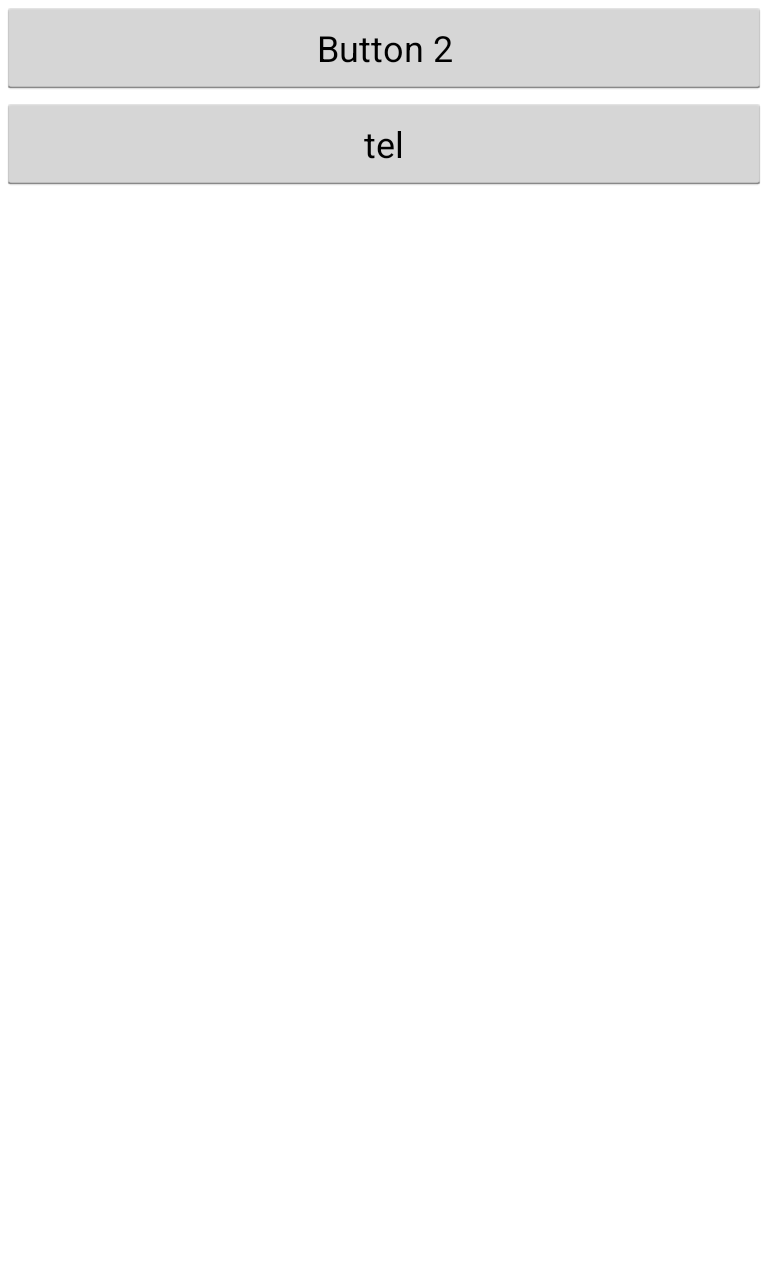
Repository: hohoTT/Android_summarize
Layout: ActivityTest/res/layout/second_layout.xml
An editor plug-in stored every save of this project. The layout is shown before and after the next save, followed by the edit.
It is drawn on a 768 x 1280 px phone screen (xhdpi) without system bars, with theme AppTheme; the app's code is not run.

Above is the layout before, as saved 2016-02-22 05:31:22.

### ActivityTest/res/layout/second_layout.xml
<?xml version="1.0" encoding="utf-8"?>
<LinearLayout xmlns:android="http://schemas.android.com/apk/res/android"
    android:layout_width="match_parent"
    android:layout_height="match_parent"
    android:orientation="vertical" >

    <Button
        android:id="@+id/button_2"
        android:layout_width="match_parent"
        android:layout_height="wrap_content"
        android:text="Button 2" />

    <Button
        android:id="@+id/button_tel"
        android:layout_width="match_parent"
        android:layout_height="wrap_content"
        android:text="tel" />

</LinearLayout>

Loaded but not shown: ActivityTest/res/values/styles.xml (common file); ActivityTest/res/values-v11/styles.xml (common file); ActivityTest/res/values-v14/styles.xml (common file)

After the next save:
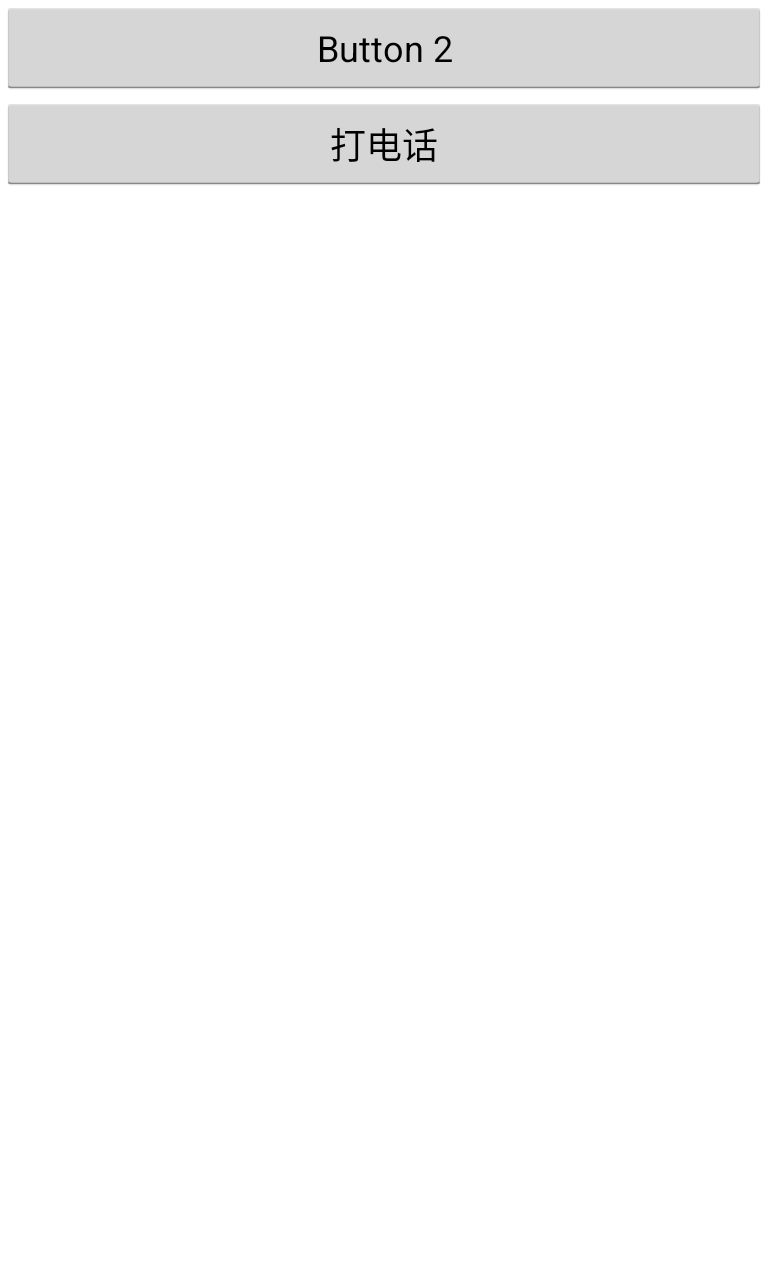
Saved 11 s later.
--- a/ActivityTest/res/layout/second_layout.xml
+++ b/ActivityTest/res/layout/second_layout.xml
@@ -14,6 +14,6 @@
         android:id="@+id/button_tel"
         android:layout_width="match_parent"
         android:layout_height="wrap_content"
-        android:text="tel" />
+        android:text="打电话" />
 
 </LinearLayout>
